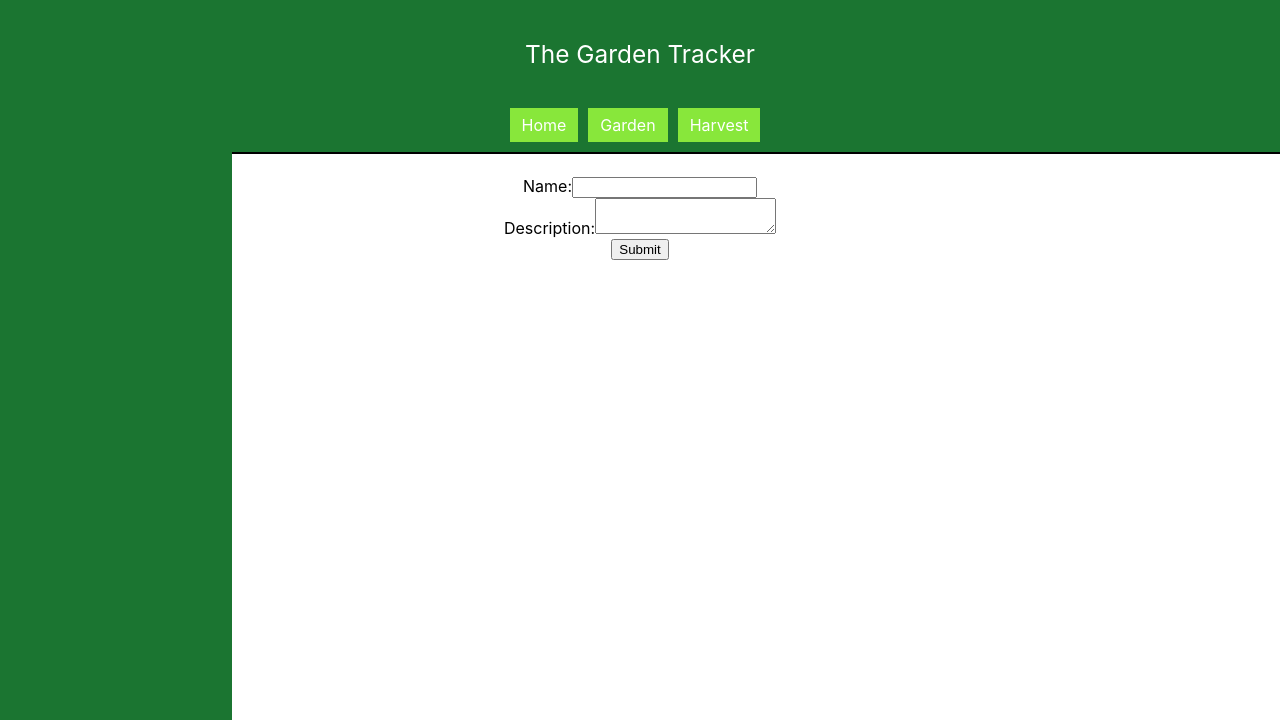
Repository: charliejp0311/ReactReduxFinal
Page: /garden (app in gardentracker/)
An editor plug-in stored every save of this project. The page is shown before and after the next save, followed by the edit.
The browser window is 1280 px wide. The pictures show the whole page.
The page's requests for data from a server got no answer. The project was rebuilt for these pictures with package versions that can differ from the ones it lists, and the page was loaded fresh each time. No one was signed in, and anything a server would have sent is missing. Also part of the build but not shown: gardentracker/src/containers/GardenbookContainer.js, gardentracker/src/components/GardenPlant.js, gardentracker/src/components/HarvestPlant.js, gardentracker/src/containers/HarvestContainer.js, gardentracker/src/components/UpdatePlantForm.js, gardentracker/src/components/NoteForm.js, gardentracker/src/components/noteList.js, gardentracker/src/containers/PlantContainer.js and 1 more.

Above is the page before, as saved 2020-11-12 10:58:18.

After the next save:
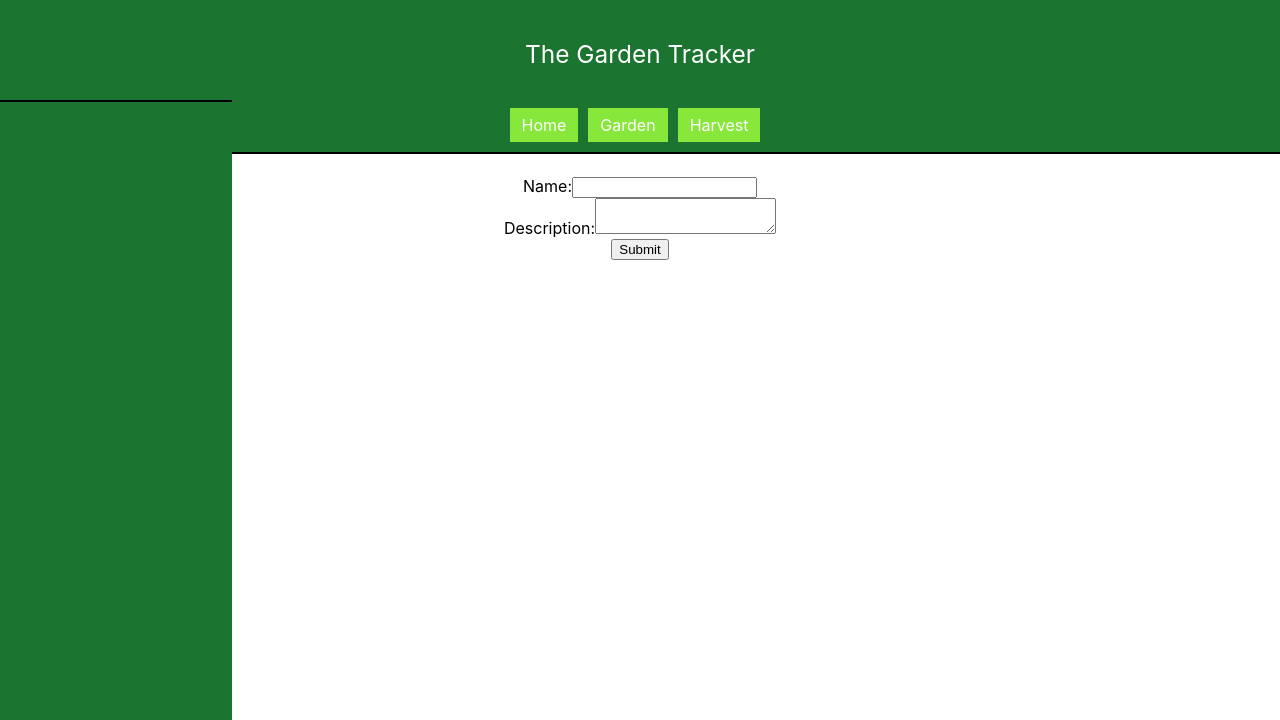
Saved 67 s later.
--- a/gardentracker/src/App.css
+++ b/gardentracker/src/App.css
@@ -26,6 +26,7 @@
 }
 .sidenav {
   display: inline-block;
+  border-top: 2px solid black;
   height: 100%;
   width: 15%;
   position: fixed;
